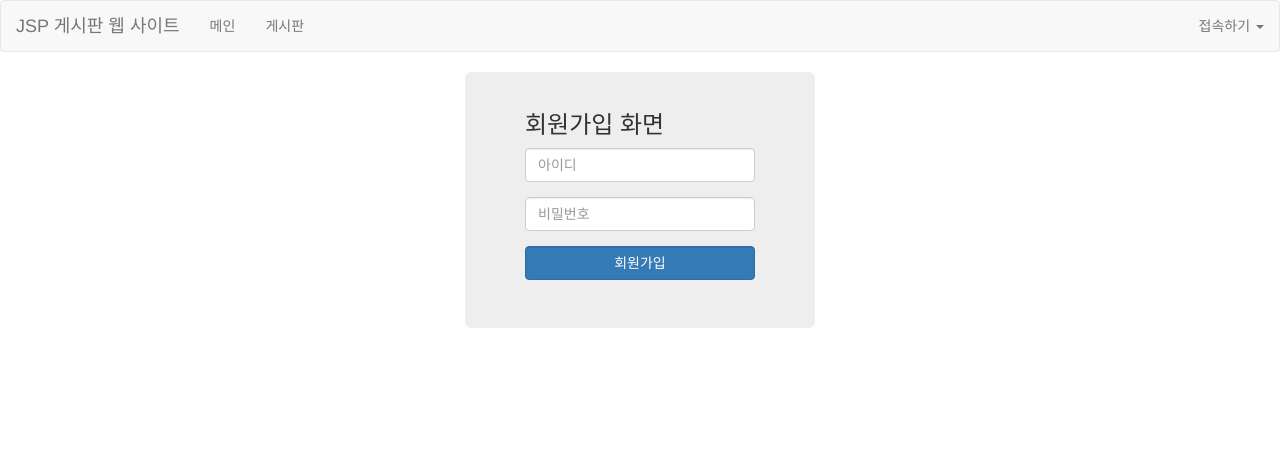
Repository: TheChok/BbsClone
Page: http://localhost/BBS/join.jsp
These files come from the project's save history. The page is drawn as it stood at one moment and after a run of saves; the edit follows.
The browser window is 1280 px wide. The pictures show the whole page.
Some web libraries are served in a nearby version. The page is served by Tomcat 9. Other server files are loaded and not shown.

Above is the page before, as saved 2023-09-21 07:00:22.

### BBS/src/main/webapp/join.jsp
<%@ page language="java" contentType="text/html; charset=UTF-8" pageEncoding="UTF-8"%>
<!DOCTYPE html>
<html>
<head>
	<meta http-equiv="Content-Type" content="text/html; charset=UTF-8">
	<meta name="viewport" content="width=device-width", initial-scale="1">
	<link rel="stylesheet" href="css/bootstrap.css">
	<title>JSP 게시판 웹 사이트</title>

</head>
<body>

	<!-- navbar -->
	<nav class="navbar navbar-default">
		<div class="navbar-header">
			<button type="button" class="navbar-toggle"
				data-toggle="collapse" data-target="#bs-example-navbar-collapse-1"
				aria-expanded="false">
				<span class="icon-bar"></span>
				<span class="icon-bar"></span>
				<span class="icon-bar"></span>
			</button>
			<a class="navbar-brand" href="main.jsp">JSP 게시판 웹 사이트</a>
		</div>

		<div class="collapse navbar-collapse" id="bs-example-navbar-collapse-1">
			<ul class="nav navbar-nav">
				<li><a href="main.jsp">메인</a></li>
				<li><a href="bbs.jsp">게시판</a></li>
			</ul>
			<ul class="nav navbar-nav navbar-right">
				<li class="dropdown">
					<a href="#" class="dropdown-toggle"
						data-toggle="dropdown" role="button" aria-haspopup="true"
						aria-expanded="false">
						접속하기
						<span class="caret"></span>
					</a>
					<ul class="dropdown-menu">
						<li class="active">
							<a href="login.jsp">로그인</a>
						</li>
						<li>
							<a href="join.jsp">회원가입</a>
						</li>
					</ul>
				</li>
			</ul>
		</div>
	</nav>
	<!-- End - navbar -->

	<!-- container -->
	<div class="container">
		<div class="col-lg-4"></div>
		<div class="col-lg-4">
			<div class="jumbotron" style="padding-top:20px;">
				<form method="post" action="loginAction.jsp">
					<h3 style="text-aligh:center;">회원가입 화면</h3>
					<div class="form-group">
						<input type="text" class="form-control" placeholder="아이디" name="userID" maxlength="20" />
					</div>
					<div class="form-group">
						<input type="password" class="form-control" placeholder="비밀번호" name="userPassword" maxlength="20" />
					</div>
					<input type="submit" class="btn btn-primary form-control" value="회원가입" />
				</form>
			</div>
		</div>
	</div>



	<script src="https://code.jquery.com/jquery-3.1.1.min.js"></script>
	<script src="js/bootstrap.js"></script>
</body>
</html>

Loaded but not shown: BBS/src/main/webapp/css/bootstrap.css (library); BBS/src/main/webapp/js/bootstrap.js (library)

After the next 2 saves:
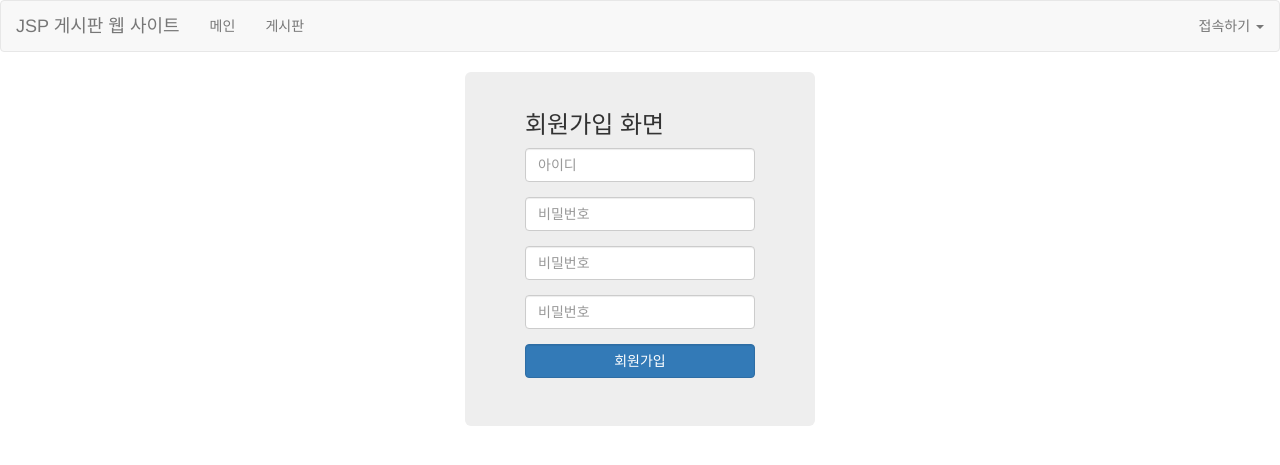
The 2 saves are shown as one change because they came seconds apart.
The last was saved 30 min 20 s later.
--- a/BBS/src/main/webapp/join.jsp
+++ b/BBS/src/main/webapp/join.jsp
@@ -63,6 +63,13 @@
 					<div class="form-group">
 						<input type="password" class="form-control" placeholder="비밀번호" name="userPassword" maxlength="20" />
 					</div>
+					<div class="form-group">
+						<input type="password" class="form-control" placeholder="비밀번호" name="userPassword" maxlength="20" />
+					</div>
+					<div class="form-group">
+						<input type="password" class="form-control" placeholder="비밀번호" name="userPassword" maxlength="20" />
+					</div>
+
 					<input type="submit" class="btn btn-primary form-control" value="회원가입" />
 				</form>
 			</div>
